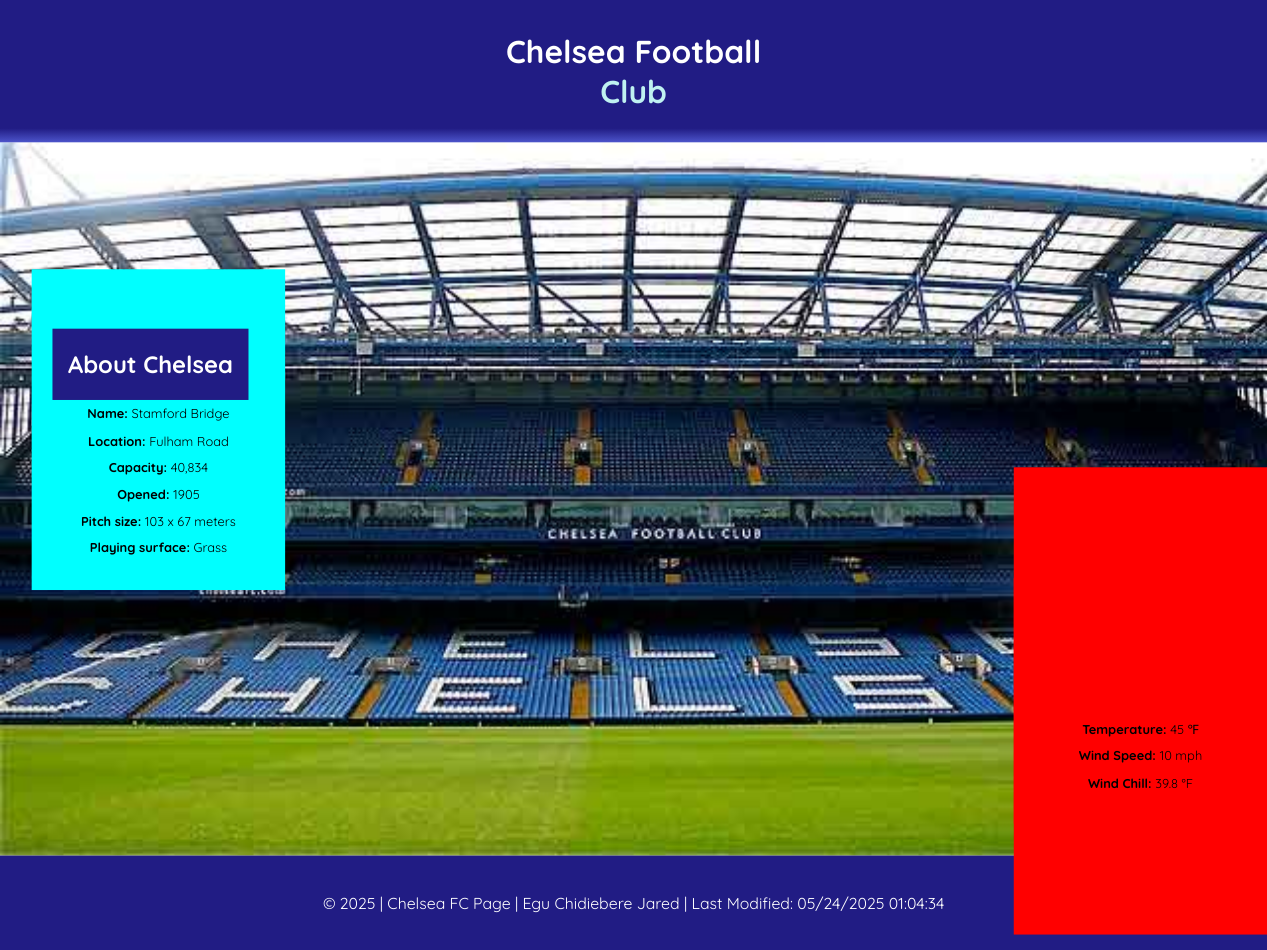
Repository: EguJaredoBoyd/wdd131
Page: place.html
These files come from the project's save history. The page is drawn as it stood at one moment and after the next save; the edit follows.
The browser window is 1280 px wide. The pictures show the whole page, at 99% of full size.
Some web libraries are served in a nearby version.

Above is the page before, as saved 2025-05-26 11:46:34.

After the next save:
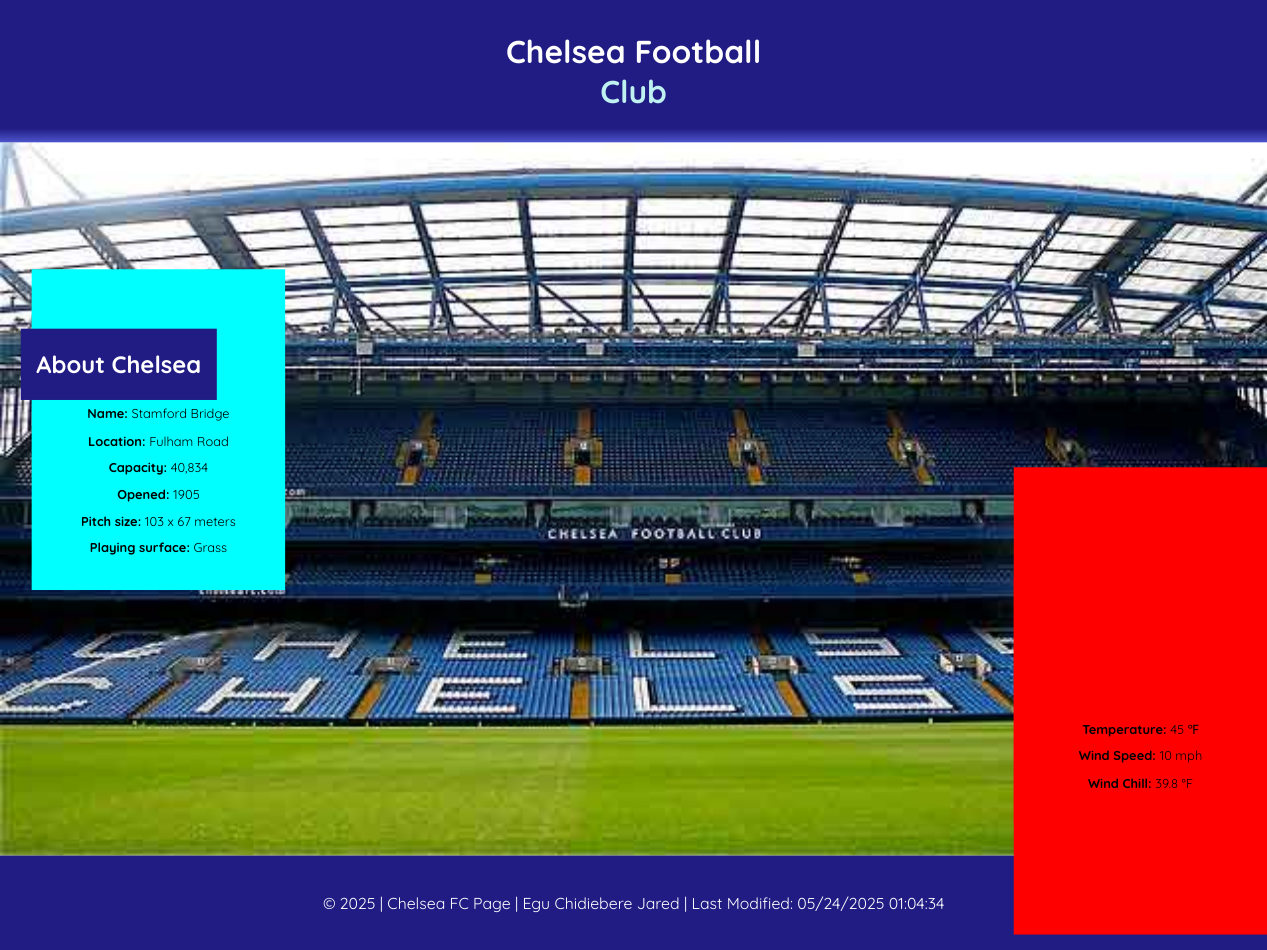
Saved 21 s later.
--- a/styles/place-large.css
+++ b/styles/place-large.css
@@ -20,7 +20,7 @@
         background-color: var(--primary-color);
         padding: 1rem;
         color: white;
-        margin-left: -1rem;
+        margin-left: -5rem;
     }
     .weather{
         position: absolute;
